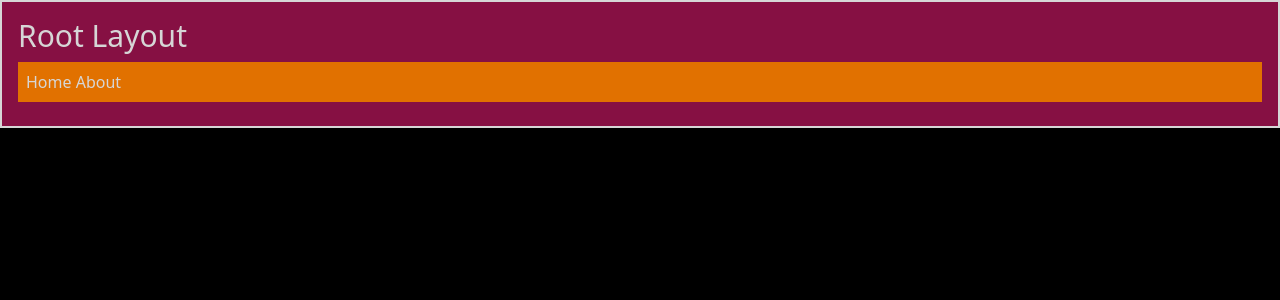
Repository: eyassud/notenow
Page: /signin
The author's editor kept a copy of each file at every save. The page is drawn from the files as they stood at one save, then again after a run of saves.
The browser window is 1280 px wide. The pictures show the whole page.
The project was rebuilt for these pictures with package versions that can differ from the ones it lists, and the page was loaded fresh each time. The framework's server and built-in components were replaced by stand-ins that run in the browser. Also part of the build but not shown: svelte.config.js, vite.config.ts.

Above is the page before, as saved 2025-12-12 12:20:59.

After the next 2 saves:
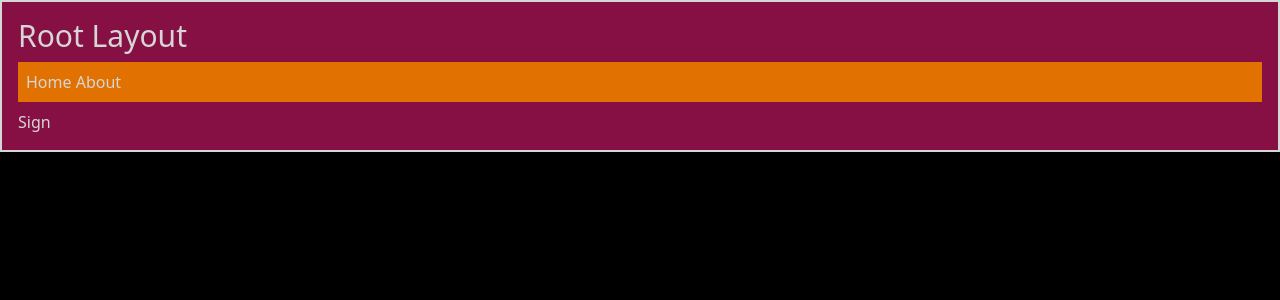
The 2 saves are shown as one change because they came seconds apart.
The last was saved 20 s later.
--- a/src/routes/(auth)/signin/+page.svelte
+++ b/src/routes/(auth)/signin/+page.svelte
@@ -3,3 +3,5 @@
 
 	let { data }: PageProps = $props();
 </script>
+
+<h1>Sign</h1>
